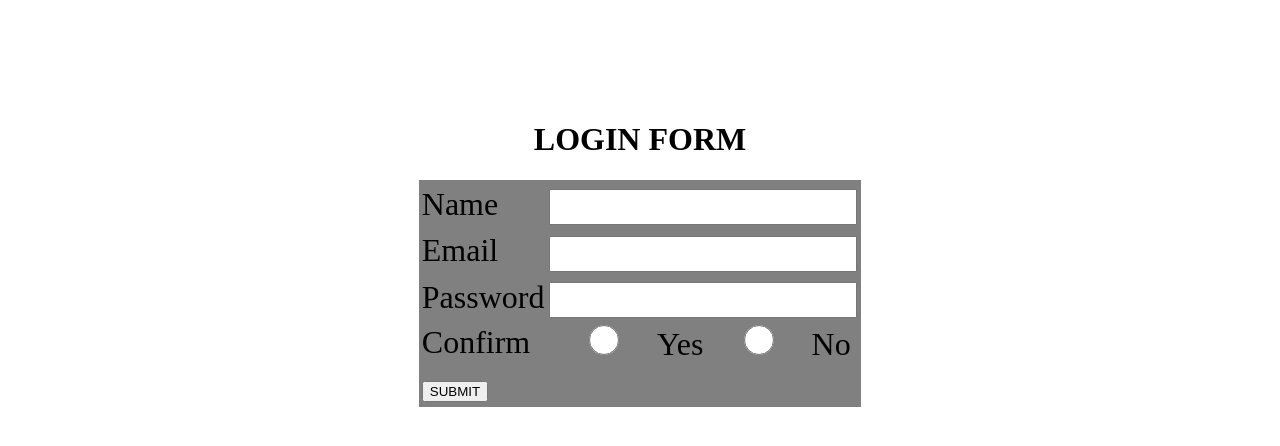
Repository: obusakthi539/Loginform
Page: Login.html
An editor plug-in stored every save of this project. The page is shown before and after a run of saves, followed by the edit.
The browser window is 1280 px wide. The pictures show the whole page.

Above is the page before, as saved 2025-01-10 18:16:50.

### Login.html
<!DOCTYPE html>
<html lang="en">
<head>
    <meta charset="UTF-8">
    <meta name="viewport" content="width=device-width, initial-scale=1.0">
    <title>Document</title>
    <style>
        body{
             display: flex;
             flex-direction:column;
             align-items: center;
             justify-content: center;
             margin-top: 100px;
        }
        .a{
            background-color:gray;
            font-size: xx-large;
            width: 35%;
            display: flex;
           flex-direction: column;

        }
        .a input{
            width: 300px;
            height: 30px;
        }
        #i{
            width: 100px;
            height: 30px;
        }
    </style>
</head>
<body>

    <h1>LOGIN FORM</h1>
    <div class="a">
        <form action=""></form>
        <table>
            <tr>
                <td> <label for="">Name</label></td>
                <td><input type="text"></td>
            </tr>
            <tr>
                <td><label for="">Email</label></td>
                <td><input type="email"></td>
            </tr>
            <tr>
                <td> <label for="">Password</label></td>
                <td><input type="password"></td>
            </tr>
            <tr>
                <td> <label for="">Confirm</label></td>
                <td radio><input type="radio" name="a" id="i">Yes<input type="radio" name="a" id="i">No</td>
            </tr>
            <tr>
                <td><button>SUBMIT</button></td>
            </tr>
        </table>
    </div>
</body>
</html>

After the next 4 saves:
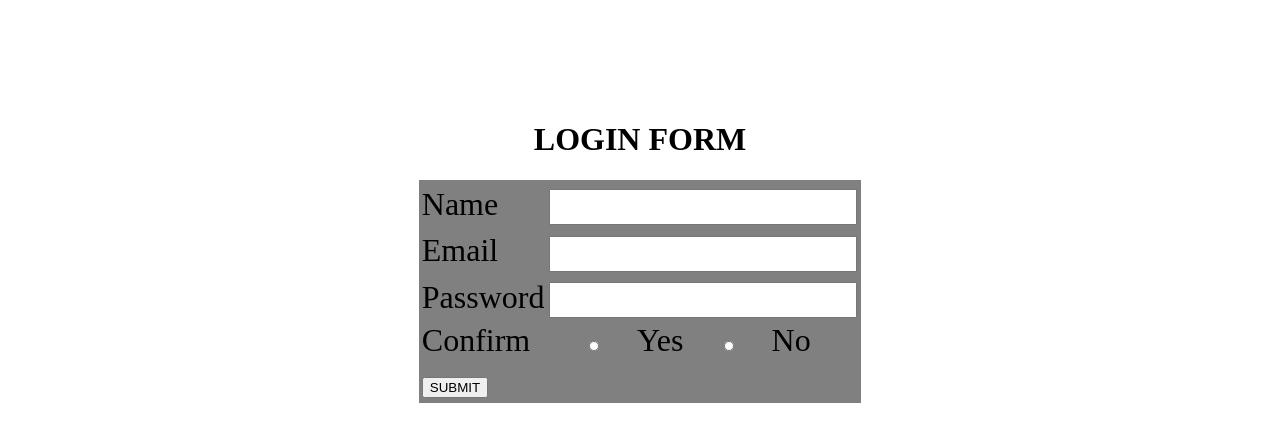
The 4 saves are shown as one change because they came seconds apart.
The last was saved 11 s later.
--- a/Login.html
+++ b/Login.html
@@ -25,8 +25,8 @@
             height: 30px;
         }
         #i{
-            width: 100px;
-            height: 30px;
+            width: 80px;
+            height: 10px;
         }
     </style>
 </head>
